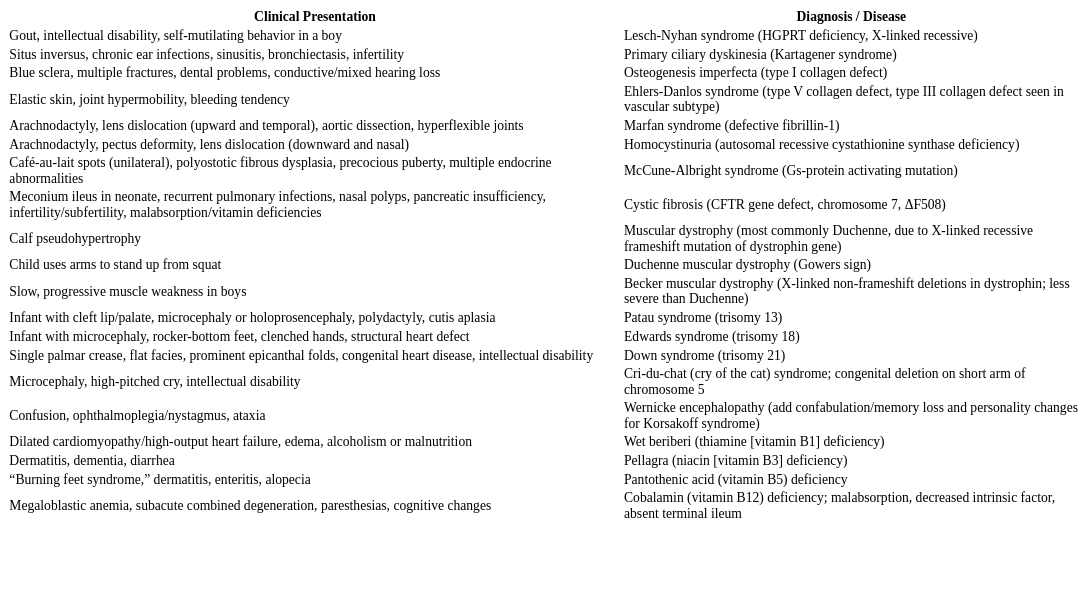
Repository: sharperdragon/STEVEL-1-Summaries
Page: subdex/rapid_presentation.table.html
These files come from the project's save history. The page is drawn as it stood at one moment and after the next save; the edit follows.
The browser window is 1280 px wide. The pictures show the whole page, at 85% of full size.

Above is the page before, as saved 2025-05-21 08:29:35.

### subdex/rapid_presentation.table.html
<div class="responsive-container">
  <table class="table3" id="rr-presentation">
  <thead>
    <tr>
      <th>Clinical Presentation</th>
      <th>Diagnosis / Disease</th>
    </tr>
  </thead>
  <tbody>
    <tr>
      <td>Gout, intellectual disability, self-mutilating behavior in a boy</td>
      <td>Lesch-Nyhan syndrome (HGPRT deficiency, X-linked recessive)</td>
    </tr>
    <tr>
      <td>Situs inversus, chronic ear infections, sinusitis, bronchiectasis, infertility</td>
      <td>Primary ciliary dyskinesia (Kartagener syndrome)</td>
    </tr>
    <tr>
      <td>Blue sclera, multiple fractures, dental problems, conductive/mixed hearing loss</td>
      <td>Osteogenesis imperfecta (type I collagen defect)</td>
    </tr>
    <tr>
      <td>Elastic skin, joint hypermobility, bleeding tendency</td>
      <td>Ehlers-Danlos syndrome (type V collagen defect, type III collagen defect seen in vascular subtype)</td>
    </tr>
    <tr>
      <td>Arachnodactyly, lens dislocation (upward and temporal), aortic dissection, hyperflexible joints</td>
      <td>Marfan syndrome (defective fibrillin-1)</td>
    </tr>
    <tr>
      <td>Arachnodactyly, pectus deformity, lens dislocation (downward and nasal)</td>
      <td>Homocystinuria (autosomal recessive cystathionine synthase deficiency)</td>
    </tr>
    <tr>
      <td>Café-au-lait spots (unilateral), polyostotic fibrous dysplasia, precocious puberty, multiple endocrine abnormalities</td>
      <td>McCune-Albright syndrome (Gs-protein activating mutation)</td>
    </tr>
    <tr>
      <td>Meconium ileus in neonate, recurrent pulmonary infections, nasal polyps, pancreatic insufficiency, infertility/subfertility, malabsorption/vitamin deficiencies</td>
      <td>Cystic fibrosis (CFTR gene defect, chromosome 7, ΔF508)</td>
    </tr>
    <tr>
      <td>Calf pseudohypertrophy</td>
      <td>Muscular dystrophy (most commonly Duchenne, due to X-linked recessive frameshift mutation of dystrophin gene)</td>
    </tr>
    <tr>
      <td>Child uses arms to stand up from squat</td>
      <td>Duchenne muscular dystrophy (Gowers sign)</td>
    </tr>
    <tr>
      <td>Slow, progressive muscle weakness in boys</td>
      <td>Becker muscular dystrophy (X-linked non-frameshift deletions in dystrophin; less severe than Duchenne)</td>
    </tr>
    <tr>
      <td>Infant with cleft lip/palate, microcephaly or holoprosencephaly, polydactyly, cutis aplasia</td>
      <td>Patau syndrome (trisomy 13)</td>
    </tr>
    <tr>
      <td>Infant with microcephaly, rocker-bottom feet, clenched hands, structural heart defect</td>
      <td>Edwards syndrome (trisomy 18)</td>
    </tr>
    <tr>
      <td>Single palmar crease, flat facies, prominent epicanthal folds, congenital heart disease, intellectual disability</td>
      <td>Down syndrome (trisomy 21)</td>
    </tr>
    <tr>
      <td>Microcephaly, high-pitched cry, intellectual disability</td>
      <td>Cri-du-chat (cry of the cat) syndrome; congenital deletion on short arm of chromosome 5</td>
    </tr>
    <tr>
      <td>Confusion, ophthalmoplegia/nystagmus, ataxia</td>
      <td>Wernicke encephalopathy (add confabulation/memory loss and personality changes for Korsakoff syndrome)</td>
    </tr>
    <tr>
      <td>Dilated cardiomyopathy/high-output heart failure, edema, alcoholism or malnutrition</td>
      <td>Wet beriberi (thiamine [vitamin B1] deficiency)</td>
    </tr>
    <tr>
      <td>Dermatitis, dementia, diarrhea</td>
      <td>Pellagra (niacin [vitamin B3] deficiency)</td>
    </tr>
    <tr>
      <td>“Burning feet syndrome,” dermatitis, enteritis, alopecia</td>
      <td>Pantothenic acid (vitamin B5) deficiency</td>
    </tr>
    <tr>
      <td>Megaloblastic anemia, subacute combined degeneration, paresthesias, cognitive changes</td>
      <td>Cobalamin (vitamin B12) deficiency; malabsorption, decreased intrinsic factor, absent terminal ileum</td>
    </tr>
  </tbody>

After the next save:
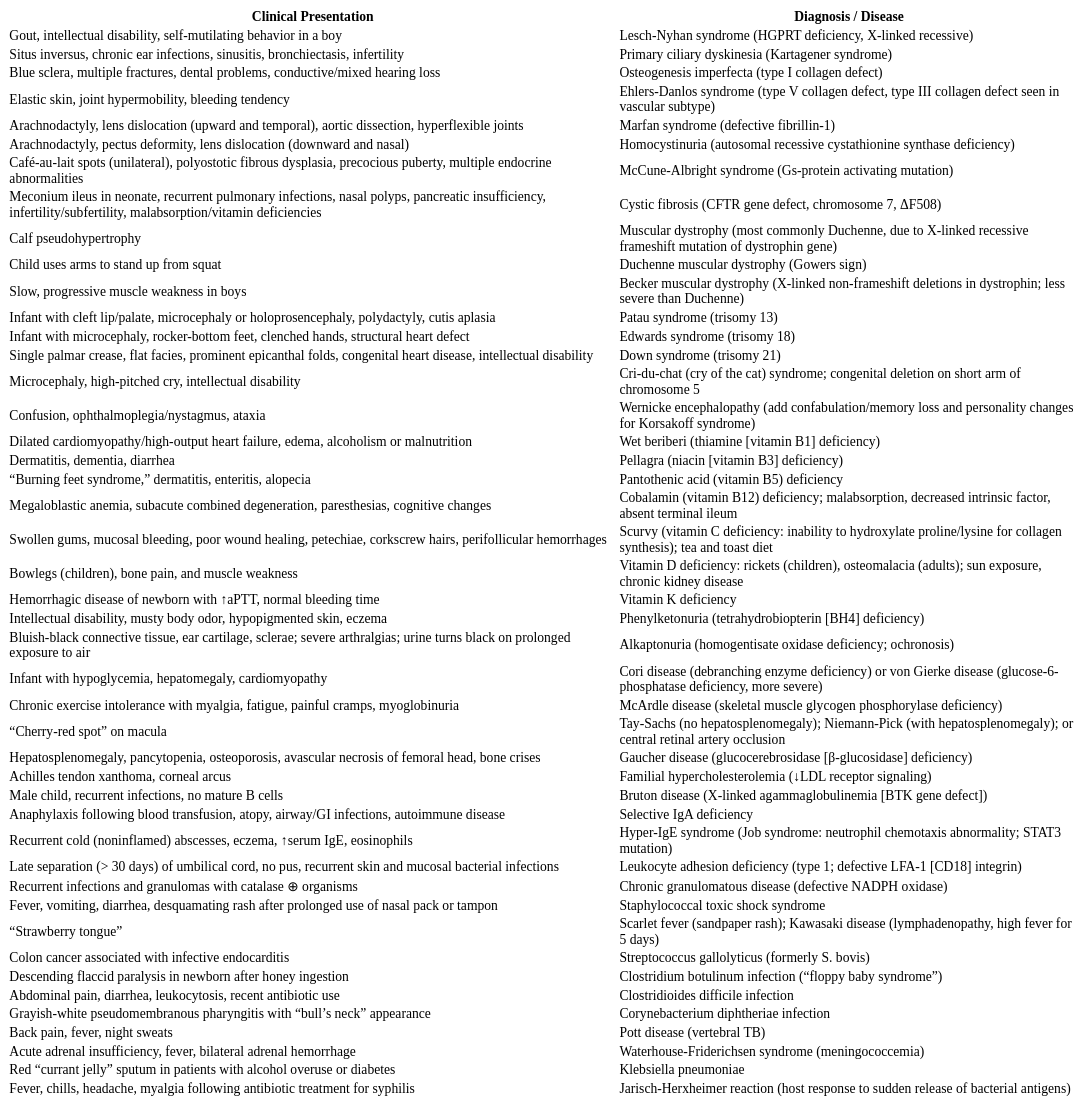
Saved 2 min 3 s later.
--- a/subdex/rapid_presentation.table.html
+++ b/subdex/rapid_presentation.table.html
@@ -88,3 +88,104 @@
       <td>Cobalamin (vitamin B12) deficiency; malabsorption, decreased intrinsic factor, absent terminal ileum</td>
     </tr>
   </tbody>
+
+    <tr>
+      <td>Swollen gums, mucosal bleeding, poor wound healing, petechiae, corkscrew hairs, perifollicular hemorrhages</td>
+      <td>Scurvy (vitamin C deficiency: inability to hydroxylate proline/lysine for collagen synthesis); tea and toast diet</td>
+    </tr>
+    <tr>
+      <td>Bowlegs (children), bone pain, and muscle weakness</td>
+      <td>Vitamin D deficiency: rickets (children), osteomalacia (adults); sun exposure, chronic kidney disease</td>
+    </tr>
+    <tr>
+      <td>Hemorrhagic disease of newborn with ↑aPTT, normal bleeding time</td>
+      <td>Vitamin K deficiency</td>
+    </tr>
+    <tr>
+      <td>Intellectual disability, musty body odor, hypopigmented skin, eczema</td>
+      <td>Phenylketonuria (tetrahydrobiopterin [BH4] deficiency)</td>
+    </tr>
+    <tr>
+      <td>Bluish-black connective tissue, ear cartilage, sclerae; severe arthralgias; urine turns black on prolonged exposure to air</td>
+      <td>Alkaptonuria (homogentisate oxidase deficiency; ochronosis)</td>
+    </tr>
+    <tr>
+      <td>Infant with hypoglycemia, hepatomegaly, cardiomyopathy</td>
+      <td>Cori disease (debranching enzyme deficiency) or von Gierke disease (glucose-6-phosphatase deficiency, more severe)</td>
+    </tr>
+    <tr>
+      <td>Chronic exercise intolerance with myalgia, fatigue, painful cramps, myoglobinuria</td>
+      <td>McArdle disease (skeletal muscle glycogen phosphorylase deficiency)</td>
+    </tr>
+    <tr>
+      <td>“Cherry-red spot” on macula</td>
+      <td>Tay-Sachs (no hepatosplenomegaly); Niemann-Pick (with hepatosplenomegaly); or central retinal artery occlusion</td>
+    </tr>
+    <tr>
+      <td>Hepatosplenomegaly, pancytopenia, osteoporosis, avascular necrosis of femoral head, bone crises</td>
+      <td>Gaucher disease (glucocerebrosidase [β-glucosidase] deficiency)</td>
+    </tr>
+    <tr>
+      <td>Achilles tendon xanthoma, corneal arcus</td>
+      <td>Familial hypercholesterolemia (↓LDL receptor signaling)</td>
+    </tr>
+    <tr>
+      <td>Male child, recurrent infections, no mature B cells</td>
+      <td>Bruton disease (X-linked agammaglobulinemia [BTK gene defect])</td>
+    </tr>
+    <tr>
+      <td>Anaphylaxis following blood transfusion, atopy, airway/GI infections, autoimmune disease</td>
+      <td>Selective IgA deficiency</td>
+    </tr>
+    <tr>
+      <td>Recurrent cold (noninflamed) abscesses, eczema, ↑serum IgE, eosinophils</td>
+      <td>Hyper-IgE syndrome (Job syndrome: neutrophil chemotaxis abnormality; STAT3 mutation)</td>
+    </tr>
+    <tr>
+      <td>Late separation (&gt; 30 days) of umbilical cord, no pus, recurrent skin and mucosal bacterial infections</td>
+      <td>Leukocyte adhesion deficiency (type 1; defective LFA-1 [CD18] integrin)</td>
+    </tr>
+    <tr>
+      <td>Recurrent infections and granulomas with catalase ⊕ organisms</td>
+      <td>Chronic granulomatous disease (defective NADPH oxidase)</td>
+    </tr>
+    <tr>
+      <td>Fever, vomiting, diarrhea, desquamating rash after prolonged use of nasal pack or tampon</td>
+      <td>Staphylococcal toxic shock syndrome</td>
+    </tr>
+    <tr>
+      <td>“Strawberry tongue”</td>
+      <td>Scarlet fever (sandpaper rash); Kawasaki disease (lymphadenopathy, high fever for 5 days)</td>
+    </tr>
+    <tr>
+      <td>Colon cancer associated with infective endocarditis</td>
+      <td>Streptococcus gallolyticus (formerly S. bovis)</td>
+    </tr>
+    <tr>
+      <td>Descending flaccid paralysis in newborn after honey ingestion</td>
+      <td>Clostridium botulinum infection (“floppy baby syndrome”)</td>
+    </tr>
+    <tr>
+      <td>Abdominal pain, diarrhea, leukocytosis, recent antibiotic use</td>
+      <td>Clostridioides difficile infection</td>
+    </tr>
+    <tr>
+      <td>Grayish-white pseudomembranous pharyngitis with “bull’s neck” appearance</td>
+      <td>Corynebacterium diphtheriae infection</td>
+    </tr>
+    <tr>
+      <td>Back pain, fever, night sweats</td>
+      <td>Pott disease (vertebral TB)</td>
+    </tr>
+    <tr>
+      <td>Acute adrenal insufficiency, fever, bilateral adrenal hemorrhage</td>
+      <td>Waterhouse-Friderichsen syndrome (meningococcemia)</td>
+    </tr>
+    <tr>
+      <td>Red “currant jelly” sputum in patients with alcohol overuse or diabetes</td>
+      <td>Klebsiella pneumoniae</td>
+    </tr>
+    <tr>
+      <td>Fever, chills, headache, myalgia following antibiotic treatment for syphilis</td>
+      <td>Jarisch-Herxheimer reaction (host response to sudden release of bacterial antigens)</td>
+    </tr>
